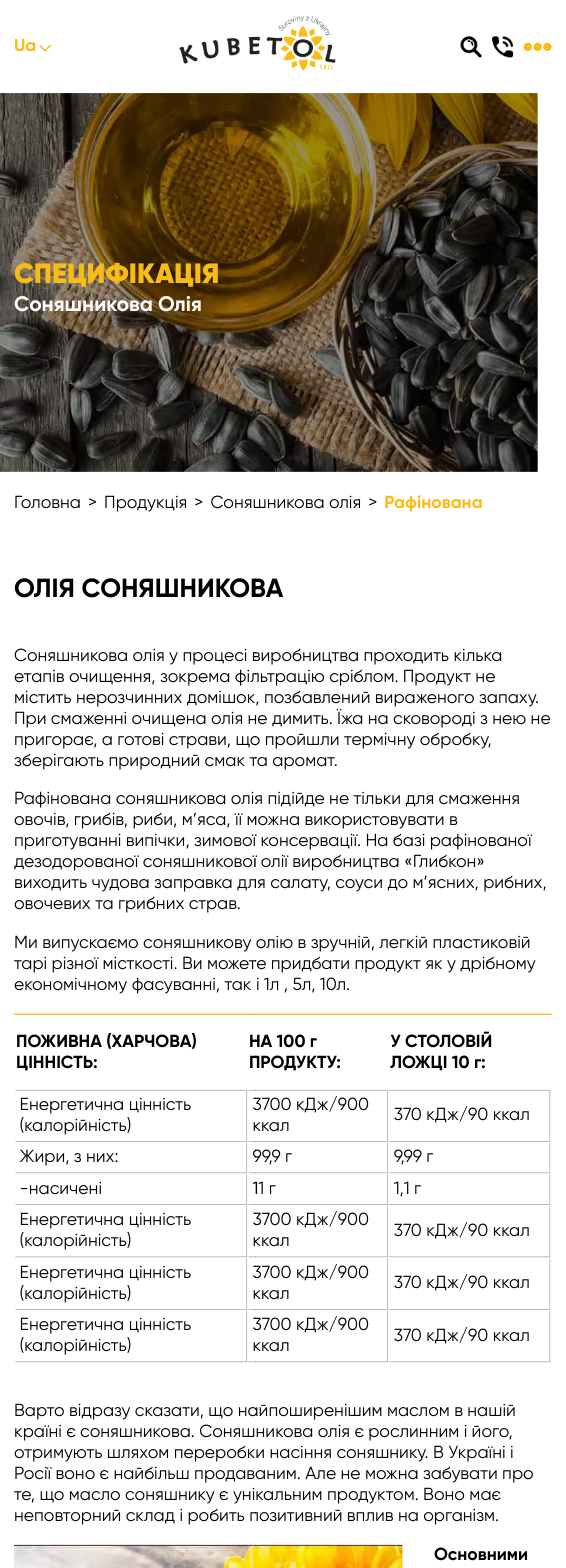
Repository: fanbear/Kubetol
Page: specification.html
These files come from the project's save history. The page is drawn as it stood at one moment and after the next save; the edit follows.
The browser window is 768 px wide. The page is 808 px wide, then 768 px, so the pictures cover 808 px, including what lies to the right of the window. The pictures show the part of the page from y = 0 to 2240 px (the page is 5583 px tall before and 6229 px after), at 70% of full size.

Above is the page before, as saved 2023-05-03 15:02:14.

### specification.html
<!DOCTYPE html>
<html lang="en">

<head>
    <meta charset="UTF-8">
    <meta http-equiv="X-UA-Compatible" content="IE=edge">
    <meta name="viewport" content="width=device-width, initial-scale=1.0">
    <title>Document</title>
    <!-- <link rel="stylesheet" href="https://cdnjs.cloudflare.com/ajax/libs/normalize/8.0.1/normalize.min.css"> -->

    <script src="js/preload.js"></script>
    <link rel="stylesheet" href="css/critical.css">
</head>

<body id="main">
    <div class="preload">
        <div class="preload-img"><img src="img/footer-logotype.webp" alt="KUBETOL"></div>
        <div class="loading-spinner"></div>
        <div class="preload-text">Завантаження...</div>
        <div class="video-slider__overlay"></div>
    </div>
    <header class="header">
        <div class="flex-container flex-bettwen flex-ac">
            <div class="header-language flex">
                <div class="language-active">Ua</div>
                <ul class="language-list">
                    <li><a href="/">Pl</a></li>
                    <li><a href="/">Cz</a></li>
                    <li><a href="/">En</a></li>
                </ul>
                <div class="header-list__open no-transform"></div>
            </div>
            <div class="header-title">KUBETOL s.r.o. - Сировина з України</div>
            <div class="header-logotype flex flex-center"><a href="/"><img src="img/logotype.webp" alt="KUBETOL"
                        width="223" height="78"></a></div>
            <div class="header-email"><a href="mailto:kubetol@seznam.cz">kubetol@seznam.cz</a></div>
            <div class="header-action flex flex-bettwen">
                <div class="header-search flex flex-ac">
                    <img src="img/search.webp" alt="KUBETOL search" width="30" height="30">
                </div>
                <div class="header-phone flex flex-ac">
                    <img src="img/phone.webp" alt="KUBETOL Phone" width="30" height="30">
                </div>
                <div class="header-menu flex flex-ac flex-center">
                    <span></span>
                    <span></span>
                    <span></span>
                </div>
                <div class="header-menu__list flex">
                    <ul>
                        <li><a href="/">Головна</a></li>
                        <li><a href="/">Про нас</a></li>
                        <li><a href="/">Продукція</a></li>
                        <li><a href="/">Контакти</a></li>
                        <li><a href="/">Новини</a></li>
                    </ul>
                </div>
            </div>
        </div>
    </header>
    <main class="spec-page">
        <section class="section top-product" style="background-image: url('img/product-top.webp')">
            <div class="flex-container flex-column">
                <div class="top-product__text">
                    <h1>Специфікація</h1>
                    <h2>Соняшникова Олія</h2>
                </div>
            </div>
            <div class="product-overlay"></div>
        </section>
        <div class="breadcrumb">
            <div class="flex-container">
                <ul class="flex flex-ac">
                    <li><a href="">Головна</a><span>></span></li>
                    <li><a href="">Продукція</a><span>></span></li>
                    <li><a href="">Соняшникова олія</a><span>></span></li>
                    <li>Рафінована</li>
                </ul>
            </div>
        </div>
        <section class="spec-text">
            <div class="flex-container">
                <div class="spec-text__title">
                    <h1>ОЛІЯ СОНЯШНИКОВА</h1>
                </div>
                <div class="spec-text__desc">
                    <p>Соняшникова олія у процесі виробництва проходить кілька етапів очищення, зокрема фільтрацію
                        сріблом. Продукт не містить
                        нерозчинних домішок, позбавлений вираженого запаху. При смаженні очищена олія не димить. Їжа на
                        сковороді з нею не
                        пригорає, а готові страви, що пройшли термічну обробку, зберігають природний смак та аромат.</p>
                    <p>Рафінована соняшникова олія підійде не тільки для смаження овочів, грибів, риби, м’яса, її можна
                        використовувати в
                        приготуванні випічки, зимової консервації. На базі рафінованої дезодорованої соняшникової олії
                        виробництва «Глибкон»
                        виходить чудова заправка для салату, соуси до м’ясних, рибних, овочевих та грибних страв.</p>
                    <p>Ми випускаємо соняшникову олію в зручній, легкій пластиковій тарі різної місткості. Ви можете
                        придбати продукт як у
                        дрібному економічному фасуванні, так і 1л , 5л, 10л.</p>
                    <table>
                        <thead>
                            <tr>
                                <th>ПОЖИВНА (ХАРЧОВА) ЦІННІСТЬ:</th>
                                <th>НА 100 г ПРОДУКТУ:</th>
                                <th>У СТОЛОВІЙ ЛОЖЦІ 10 г:</th>
                            </tr>

                        </thead>
                        <tbody>
                            <tr>
                                <td>Енергетична цінність (калорійність)</td>
                                <td>3700 кДж/900 ккал</td>
                                <td>370 кДж/90 ккал</td>
                            </tr>
                            <tr>
                                <td>Жири, з них:</td>
                                <td>99,9 г</td>
                                <td>9,99 г</td>
                            </tr>
                            <tr>
                                <td>-насичені</td>
                                <td>11 г</td>
                                <td>1,1 г</td>
                            </tr>
                            <tr>
                                <td>Енергетична цінність (калорійність)</td>
                                <td>3700 кДж/900 ккал</td>
                                <td>370 кДж/90 ккал</td>
                            </tr>
                            <tr>
                                <td>Енергетична цінність (калорійність)</td>
                                <td>3700 кДж/900 ккал</td>
                                <td>370 кДж/90 ккал</td>
                            </tr>
                            <tr>
                                <td>Енергетична цінність (калорійність)</td>
                                <td>3700 кДж/900 ккал</td>
                                <td>370 кДж/90 ккал</td>
                            </tr>
                        </tbody>
                    </table>
                    <p>Варто відразу сказати, що найпоширенішим маслом в нашій країні є соняшникова. Соняшникова олія є
                        рослинним і його,
                        отримують шляхом переробки насіння соняшнику. В Україні і Росії воно є найбільш продаваним. Але
                        не можна забувати про
                        те, що масло соняшнику є унікальним продуктом. Воно має неповторний склад і робить позитивний
                        вплив на організм.</p>
                    <img src="img/spec-img.webp" alt="">
                    <p>
                        <b>Основними плюсами в його компонентах є такі:</b> Наявність рослинних жирів. Вони досить легко
                        засвоюються організмом, на відміну від тваринних жирів.
                    </p>
                    <p>Жирні кислоти. Організм без них не може нормально функціонувати, завдяки їм відбувається будову
                        тканин і клітин. Крім
                        того, вони надають позитивний вплив на кровоносну і нервову систему.</p>
                    <p>Наявність вітамінів А і D. Вітамін А відповідає за хороший зір і підтримання імунної системи, а D
                        за, то щоб шкіра була
                        в хорошому стані і були міцні кістки.</p>
                    <p>Вітамін Е. Він є найпотужнішим антиоксидантом, виконує захисні функції організму, також захищає
                        його від раку і старіння
                        організму. У рослинному маслі концентрація вітаміну Е набагато вище, ніж в інших видах продуктів
                        і навіть в оливковій
                        олії.</p>
                    <p>Соняшникову олію розливають у споживчу і транспортну тару. У промисловості її розфасовують в
                        полімерні пляшки, а у
                        компаній-посередників можна придбати олію соняшникову наливом.</p>
                    <p>Зберігається соняшникова олія при температурі не вище 18-20 градусів від 2 до 4 місяців. Це
                        залежить від способу
                        отримання олії.</p>
                </div>
            </div>
        </section>
        <section class="spec-sertification">
            <div class="flex-container">
                <div class="spec-img-container flex flex-bettwen flex-wrap flex-ac">
                    <a href="img/spec-1.png" class="mfp-image"><img src="img/spec-1.png"></a>
                    <a href="img/spec-2.png" class="mfp-image"><img src="img/spec-2.png"></a>
                    <a href="img/spec-3.png" class="mfp-image"><img src="img/spec-3.png"></a>
                    <a href="img/spec-4.png" class="mfp-image"><img src="img/spec-4.png"></a>
                </div>
            </div>
        </section>
        <div class="spec-download">
            <div class="flex-container">
                <a class="flex flex-ac flex-center" href="path/to/document.pdf" download>Скачати документ</a>
            </div>
        </div>
        <div class="spec-bottom__img flex " style="background-image: url('img/spec-bottom-img.webp')">
        </div>
        <section class="yellow-line">
            <div class="flex-container flex-bettwen flex-ac no-wrap">
                <div class="yellow__text">Виникли питання або бажаєте замовити нашу продукцію?</div>
                <div class="yellow__button flex flex-center flex-ac">
                    <span>Зв'язатися з нами</span>
                </div>
            </div>
        </section>
    </main>
    <footer>
        <div class="flex-container">
            <div class="footer-logo flex flex-center"><img src="img/footer-logotype.webp" alt="kubetol-logotype"></div>
            <div class="footer-wrapper flex">
                <div class="footer-item flex flex-column flex-bettwen">
                    <ul class="footer-item__link flex">
                        <li><a href="/">Головна</a></li>
                        <li><a href="/">Про нас</a></li>
                        <li><a href="/">Продукція</a></li>
                        <li><a href="">Контакти</a></li>
                        <li><a href="">Новини</a></li>
                    </ul>
                    <div class="footer-item__social flex">
                        <a class="flex flex-center flex-ac" href="/"><img src="img/facebook.png"
                                alt="Kubetol - facebook" width="40" height="40"></a>
                        <a class="flex flex-center flex-ac" href="/"><img src="img/instagram.webp"
                                alt="Kubetol - instagram" width="40" height="40"></a>
                        <a class="flex flex-center flex-ac" href="/"><img src="img/youtube.png" alt="Kubetol - Youtube"
                                width="40" height="40"></a>
                    </div>
                    <div class="footer-item__developer">Розроблено і створено Сиваш Олексій</div>
                </div>
                <div class="footer-item">
                    <div class="footer-item_copyright">
                        Copyright <br> © 2010-2023 - KUBETOL s.r.o.
                    </div>
                    <div class="footer-item__phone"><a href="tel:">+420 777 892 272</a></div>
                    <div class="footer-item__mail"><a href="mailto:kubetol@seznam.cz">kubetol@seznam.cz</a></div>
                    <div class="footer-item__qr"><img src="img/qr.png" alt="Kubetol QR"></div>
                    <div class="footer-item__address">18200 Прага – 8, Kobylisy, Pakoměřická 510/18</div>
                </div>
            </div>
        </div>


        <link href="css/aos.css" rel="stylesheet">
        <link rel="stylesheet" type="text/css"
            href="https://cdnjs.cloudflare.com/ajax/libs/OwlCarousel2/2.3.4/assets/owl.carousel.min.css">
        <link rel="stylesheet" type="text/css"
            href="https://cdnjs.cloudflare.com/ajax/libs/OwlCarousel2/2.3.4/assets/owl.theme.default.min.css">

        <link rel="stylesheet" href="css/main.css">
        <script src="https://code.jquery.com/jquery-3.6.0.min.js"></script>
        <script src="https://cdnjs.cloudflare.com/ajax/libs/OwlCarousel2/2.3.4/owl.carousel.min.js"></script>
        <script src="js/aos.js"></script>

        <script src="js/main.js"></script>

        <!-- Magnific Popup CSS -->
        <link rel="stylesheet" href="css/magnific-popup.min.css" />

        <!-- Magnific Popup JS -->
        <script src="js/jquery.magnific-popup.min.js"></script>


    </footer>
</body>

</html>

### css/variables.css
:root {
    /* Color variables */
    --dark-color: #000000;
    --white-color: #ffffff;
    --yellow-color: #f8bc16;
    --grey-color: #9d9d9d;
    --dark-grey-color: #3a3a3a;
    /* Literal Fonts */
    --font-16: 16.7px;
    --font-25: 25.5px;
    --font-33: 33.3px;
    --font-45: 45.83px;
    --font-100: 100.1px;

    /* Container width */
    --width: 1180px;
    --container-padding: 0 15px;

    /* St button */
    --btn-width: 360px;
    --btn-height: 60px;
    --btn-radius: 30px;
}

/* Media query for tablets */
@media screen and (max-width: 1439.98px) {
    :root {
        --width: 980px;
        --container-padding: 0 20px;
        --font-16: 16.7px;
        --font-25: 25px;
        --font-33: 30px;
        --font-45: 40px;
        --font-100: 80px;
    }
}

/* Media query for mobile devices */
@media screen and (max-width: 1024px) {
    :root {
        --width: 720px;
        --container-padding: 0 20px;
    }
}

@media (min-width: 600px) and (max-width: 1023.99px) {
    :root {
        --width: 100%;
        --container-padding: 0 20px;
    }
}

### css/animation.css
:root {
    --animation-language: language-animation 0.6s ease-in;
    --animation-spin: spin 1s linear infinite;
    --animation-preload: preload-hover 0.8s linear;
}



/* Language - animation */
@keyframes language-animation {
    0% {
        transform: scale(0);
        opacity: 0;
        z-index: -1;
    }

    50% {
        transform: scale(0.5);
        opacity: 0.5;
        z-index: 9999;
    }

    50% {
        transform: scale(1);
        opacity: 1;
        z-index: 9999;
    }

}

@keyframes spin {
    0% {
        transform: rotate(0);
    }

    100% {
        transform: rotate(360deg);
    }
}

@keyframes preload-hover {
    0% {
        opacity: 1;
        z-index: 9999;
    }

    50% {
        opacity: 0.5;
        z-index: 9999;
    }

    100% {
        opacity: 0;
        z-index: -1;
    }
}

### css/fonts.css
@font-face {
    font-family: 'Gilroy';
    src: url('../fonts/Gilroy-UltraLight.ttf') format('opentype');
    font-weight: 200;
    font-style: normal;
}

@font-face {
    font-family: 'Gilroy';
    src: url('../fonts/Gilroy-ThinItalic.ttf') format('opentype');
    font-weight: 300;
    font-style: normal;
}

@font-face {
    font-family: 'Gilroy';
    src: url('../fonts/Gilroy-Regular.ttf') format('opentype');
    font-weight: normal;
    font-style: normal;
}

@font-face {
    font-family: 'Gilroy';
    src: url('../fonts/Gilroy-Medium.ttf') format('opentype');
    font-weight: 500;
    font-style: normal;
}

@font-face {
    font-family: 'Gilroy';
    src: url('../fonts/Gilroy-Semibold.ttf') format('opentype');
    font-weight: 600;
    font-style: normal;
}

@font-face {
    font-family: 'Gilroy';
    src: url('../fonts/Gilroy-Bold.ttf') format('opentype');
    font-weight: bold;
    font-style: normal;
}

@font-face {
    font-family: 'Gilroy';
    src: url('../fonts/Gilroy-ExtraBold.ttf') format('opentype');
    font-weight: 800;
    font-style: normal;
}

@font-face {
    font-family: 'Gilroy';
    src: url('../fonts/Gilroy-Black.ttf') format('opentype');
    font-weight: 900;
    font-style: normal;
}

Loaded but not shown: css/aos.css (library); js/aos.js (library); css/magnific-popup.min.css (library); js/jquery.magnific-popup.min.js (library); js/main.js (359 lines, source omitted); js/preload.js (21 lines, source omitted); css/main.css (1686 lines, source omitted); css/critical.css (1032 lines, source omitted)

After the next save:
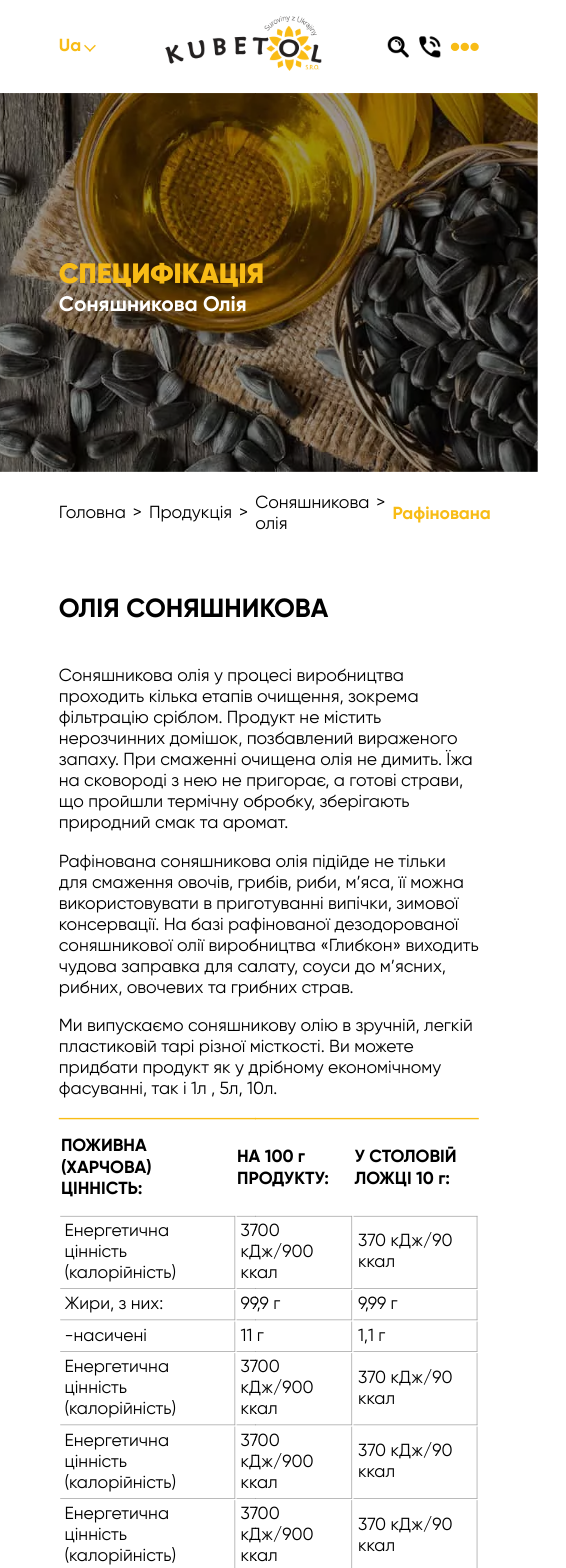
Saved 2 min 11 s later.
--- a/css/variables.css
+++ b/css/variables.css
@@ -43,9 +43,9 @@
     }
 }
 
-@media (min-width: 600px) and (max-width: 1023.99px) {
+@media (min-width: 768px) and (max-width: 1023.99px) {
     :root {
-        --width: 100%;
+        --width: 600px;
         --container-padding: 0 20px;
     }
 }
